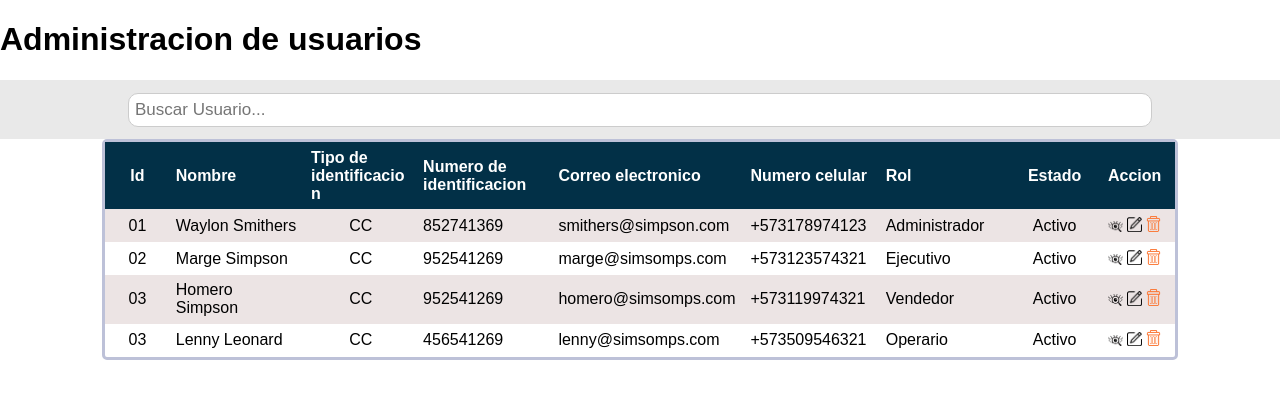
Repository: AlexanderBarona/Proyecto_Ciclo3_Mintic
Page: PaginaWeb/pages/admin_user.html
The author's editor kept a copy of each file at every save. The page is drawn from the files as they stood at one save, then again after the next save.
The browser window is 1280 px wide. The pictures show the whole page.

Above is the page before, as saved 2021-09-30 14:30:11.

### PaginaWeb/pages/admin_user.html
<!DOCTYPE html>
<html>

   <head>
      <title>Administracion de Usuarios</title>
      <link href="../css/style.css" rel="stylesheet" type="text/css">
      <link href="../css/admin_user.css" rel="stylesheet" type="text/css">
   </head>
   <body class="admin_user">
      <header>
         <h1>Administracion de usuarios</h1>
      </header>
      <main>
        <div class="TopBar">
            <div class="Search ">
                <input type="text" placeholder="Buscar Usuario...">
            </div>

        </div>

        <div class="table_principal">
            <table class="table_entity">

              <tbody class="table_body" >

                  <tr class="table_header" >

                    <td class="table_cell center">Id</td>
                    <td class="table_cell">Nombre</td>
                    <td class="table_cell">Tipo de identificacion</td>
                    <td class="table_cell">Numero de identificacion</td>
                    <td class="table_cell">Correo electronico</td>
                    <td class="table_cell">Numero celular</td>
                    <td class="table_cell">Rol</td>
                    <td class="table_cell center">Estado</td>
                    <td class="table_cell center">Accion</td>

                  </tr>

                  <tr >
                    <td class="table_cell center">01</td>
                    <td class="table_cell">Waylon Smithers</td>
                    <td class="table_cell center">CC</td>
                    <td class="table_cell">852741369</td>
                    <td class="table_cell">smithers@simpson.com</td>
                    <td class="table_cell">+573178974123</td>
                    <td class="table_cell">Administrador</td>
                    <td class="table_cell center">Activo</td>
                    <td class="table_cell center">
                      <div class="icon_container">
                        <nav>
                          <a href="icon_table">
                            <img class="icon_cell" src="../images/IconRead.ico">
                          </a>
                          <a href="icon_table">
                            <img class="icon_cell" src="../images/IconUpdate.ico">
                          </a>
                          <a href="icon_table">
                            <img class="icon_cell" src="../images/IconDelete.ico">
                          </a>
                        </nav>
                    </div>

                    </td>
                  </tr>

                <tr >
                  <td class="table_cell center">02</td>
                  <td class="table_cell">Marge Simpson</td>
                  <td class="table_cell center">CC</td>
                  <td class="table_cell">952541269</td>
                  <td class="table_cell">marge@simsomps.com</td>
                  <td class="table_cell">+573123574321</td>
                  <td class="table_cell">Ejecutivo</td>
                  <td class="table_cell center">Activo</td>
                  <td class="table_cell center">
                    <div class="icon_container ">
                      <nav>
                        <a href="icon_table">
                          <img class="icon_cell" src="../images/IconRead.ico">
                        </a>
                        <a href="icon_table">
                          <img class="icon_cell" src="../images/IconUpdate.ico">
                        </a>
                        <a href="icon_table">
                          <img class="icon_cell" src="../images/IconDelete.ico">
                        </a>
                      </nav>
                  </div>
                  </td>
                </tr>

                <tr >
                    <td class="table_cell center">03</td>
                    <td class="table_cell">Homero Simpson</td>
                    <td class="table_cell center">CC</td>
                    <td class="table_cell">952541269</td>
                    <td class="table_cell">homero@simsomps.com</td>
                    <td class="table_cell">+573119974321</td>
                    <td class="table_cell">Vendedor</td>
                    <td class="table_cell center">Activo</td>
                    <td class="table_cell center">

                                    <div class="icon_container">
                                        <nav>
                                          <a href="icon_table">
                                            <img class="icon_cell" src="../images/IconRead.ico">
                                          </a>
                                          <a href="icon_table">
                                            <img class="icon_cell" src="../images/IconUpdate.ico">
                                          </a>
                                          <a href="icon_table">
                                            <img class="icon_cell" src="../images/IconDelete.ico">
                                          </a>
                                        </nav>
                                    </div>


                    </td>
                </tr>
                <tr >
                    <td class="table_cell center">03</td>
                    <td class="table_cell">Lenny Leonard</td>
                    <td class="table_cell center">CC</td>
                    <td class="table_cell">456541269</td>
                    <td class="table_cell">lenny@simsomps.com</td>
                    <td class="table_cell">+573509546321</td>
                    <td class="table_cell">Operario</td>
                    <td class="table_cell center">Activo</td>
                    <td class="table_cell center">
                      <div class="icon_container">
                        <nav>
                          <a href="icon_table">
                            <img class="icon_cell" src="../images/IconRead.ico">
                          </a>
                          <a href="icon_table">
                            <img class="icon_cell" src="../images/IconUpdate.ico">
                          </a>
                          <a href="icon_table">
                            <img class="icon_cell" src="../images/IconDelete.ico">
                          </a>
                        </nav>
                    </div>
                    </td>
                </tr>
              </tbody>
            </table>
        </div>
      </main>
      <footer>
      </footer>
   </body>
</html>

### PaginaWeb/css/style.css
* {
  box-sizing: border-box;
}

body {
  margin: 0;
  font-family: Arial, Helvetica, sans-serif;
}

### PaginaWeb/css/admin_user.css
/* css barra busqueda*/
@media screen and (max-width: 600px) {
  .Search a,
  .Search input[type="text"] {

    display: block;
    text-align: left;
    width: 100%;
    margin: 0 auto;
    padding: 14px;
    align-items: center;
  }
}

.admin_user .Search {
   overflow: hidden;
   background-color: #e9e9e9;
   display: block;
   width: 100%;
   text-align: center;
  }

.Search a {

    display: block;
    color: black;
    text-align: center;
    padding: 14px 16px;
    text-decoration: none;
    font-size: 17px;
  }

  .Search a:hover {
    background-color: #ddd;
    color: black;
  }

  .Search a.active {
    background-color: #9dcaf0;
    color: white;
  }

  .Search input[type="text"] {
    float: center;
    border-radius: 10px;
    border: 1px solid rgb(174, 204, 218);
    padding: 6px;
    margin-top: 1%;
    margin-right: 2%;
    margin-left: 2%;
    margin-bottom: 1%;
    font-size: 17px;
    width: 80%;
  }
  .Search input[type="text"] {
    border: 1px solid #ccc;
  }

 /* css tabla*/

  .table_entity {
    table-layout: fixed;
    width: 84%;
    margin: 0 auto;
    border-collapse: separate;
    border-spacing: 0px;
    border-radius: 5px;
    border: 3px solid rgb(189, 193, 216);

  }

  .table_entity td:first-child {
    width: 4em;
  }
  .table_entity td:nth-child(3) {
    width: 7em;
  }
  .table_entity td:nth-child(5) {
    width: 12em;
  }
  .table_entity td:nth-child(8) {
    width: 5em;

  }
  .table_entity td:nth-child(9) {
    width: 5em;
  }




  .table_header {
    background-color: #023047;
    color: #fff;
    font-weight:bold;
  }

  .table_entity tr:nth-child(even) {
  background-color: #ece4e4;
}

.table_entity .center {
  text-align: center;
}
/* css tabla perfiles*/
.table_entity2 {
  table-layout: fixed;
  width: 84%;
  margin: 0 auto;
  border-collapse: separate;
  border-spacing: 0px;
  border-radius: 5px;
  border: 3px solid #8ECAE6;

}

.table_entity2 td:first-child {
  width: 4em;
}

.table_entity2 td:nth-child(2) {
  width: 16em;
}


.table_entity2 td:nth-child(6) {
  width: 4.5em;

}


.table_entity2 tr:nth-child(even) {
background-color: #ece4e4;
}

.table_entity2 .center {
  text-align: center;
}

  th, td {

      word-wrap: break-word;
      padding: 0.4em;
      margin: 0em;
  }
  /* iconos */
  .icon_cell {

    height: 28%;
    width: 22%;
    margin: 0 auto 0 0;


}

.icon_container a , .icon_container a:visited {


  text-decoration: none;

}
/* css checkbox */

.checkbox_container input[type="checkbox"]  {
  content: "";
  width: 2em;
  height: 2em;
  border: 4px solid #bf810f;
  float: left;
  margin: 0 auto 0 0;
  border-right: 0;
  border-top: 0;


}
.checkbox_container input[type="checkbox"]:checked   {
  content: "";
  width: 2.2em;
  height: 2.2em;
  border: 4px solid #bf810f;
  color: #bf810f;
  background-color:#bf810f ;
  float: left;
  margin: 0 auto 0 0;
  border-right: 0;
  border-top: 0;

}

After the next save:
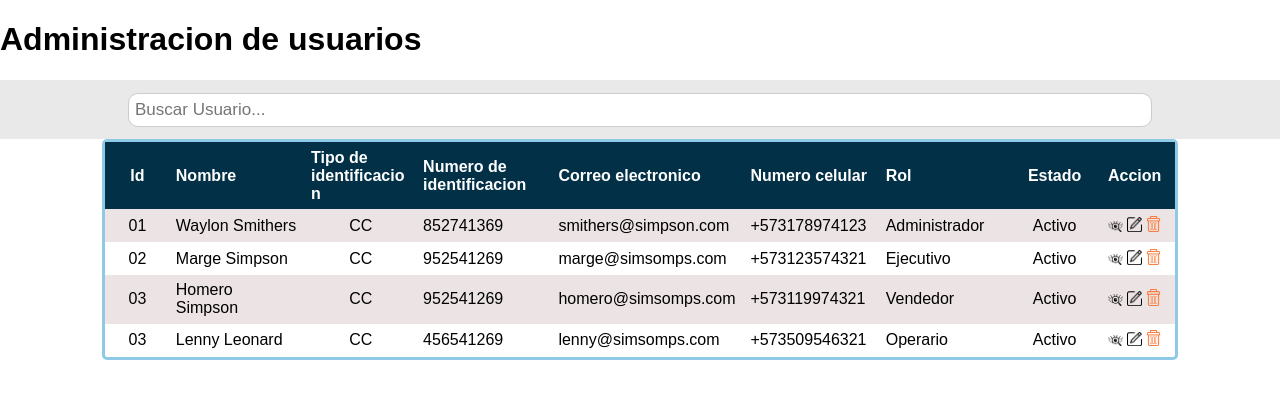
Saved 22 s later.
--- a/PaginaWeb/css/admin_user.css
+++ b/PaginaWeb/css/admin_user.css
@@ -65,7 +65,7 @@
     border-collapse: separate;
     border-spacing: 0px;
     border-radius: 5px;
-    border: 3px solid rgb(189, 193, 216);
+    border: 3px solid #8ECAE6;
 
   }
 
